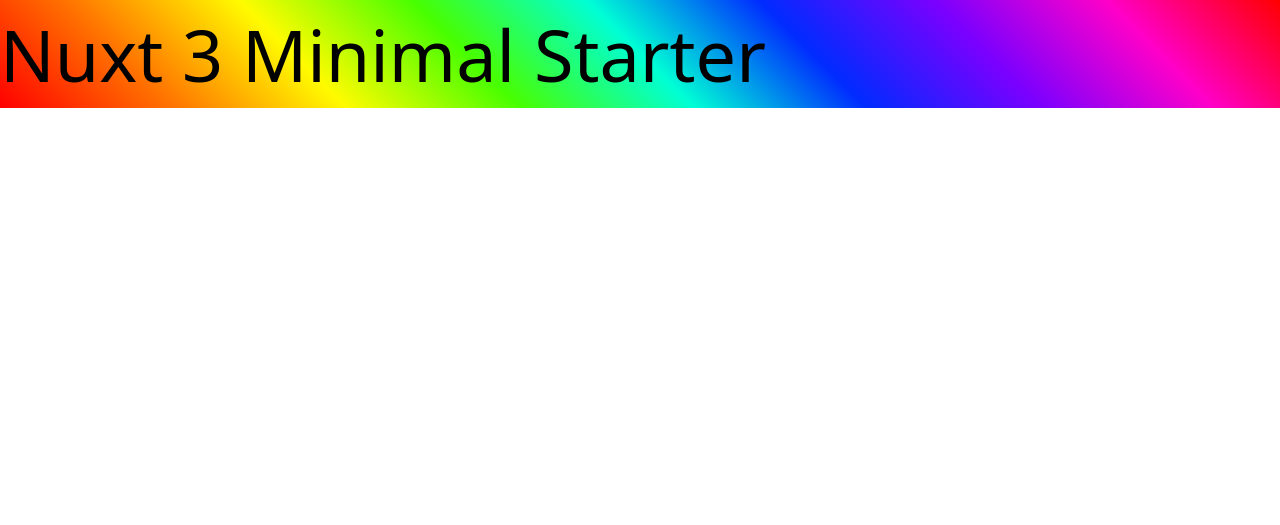
Repository: Freezler/nuxt
Page: /
These files come from the project's save history. The page is drawn as it stood at one moment and after a run of saves; the edit follows.
The browser window is 1280 px wide. The pictures show the whole page.
The project was rebuilt for these pictures with package versions that can differ from the ones it lists, and the page was loaded fresh each time. The framework's server and built-in components were replaced by stand-ins that run in the browser. Also part of the build but not shown: nuxt.config.ts.

Above is the page before, as saved 2024-08-02 21:04:07.

After the next 2 saves:
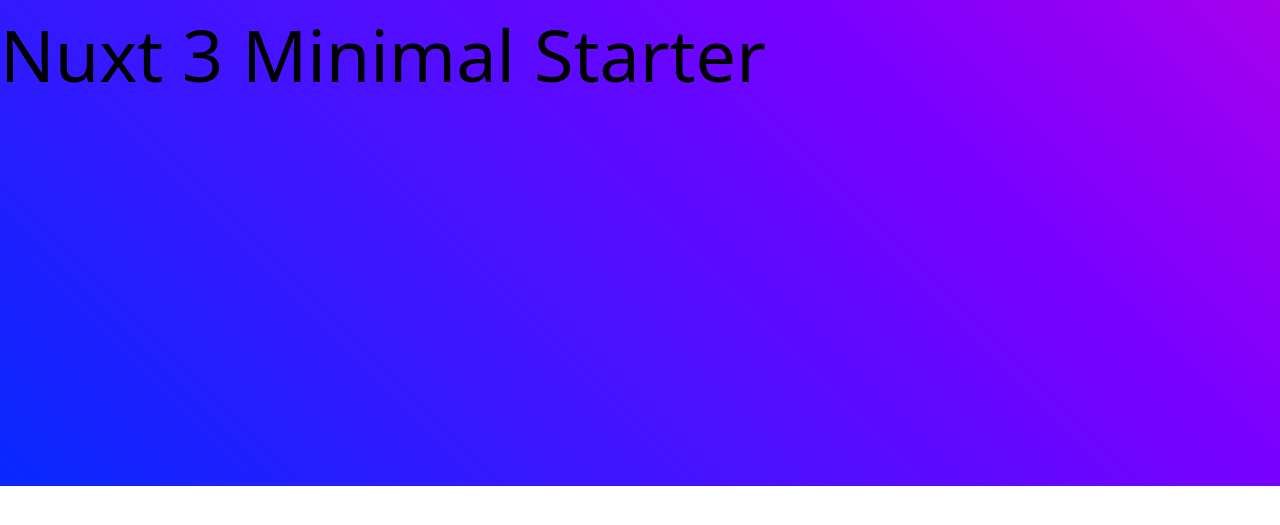
The 2 saves are shown as one change because they came seconds apart.
The last was saved 7 s later.
--- a/assets/css/main.css
+++ b/assets/css/main.css
@@ -8,6 +8,7 @@
 
 
 	animation: gradient 600ms cubic-bezier(0.455, 0.03, 0.515, 0.955) infinite;
+	background-size: 800% 800%;
 	background-repeat: no-repeat;
 }
 @keyframes gradient {
